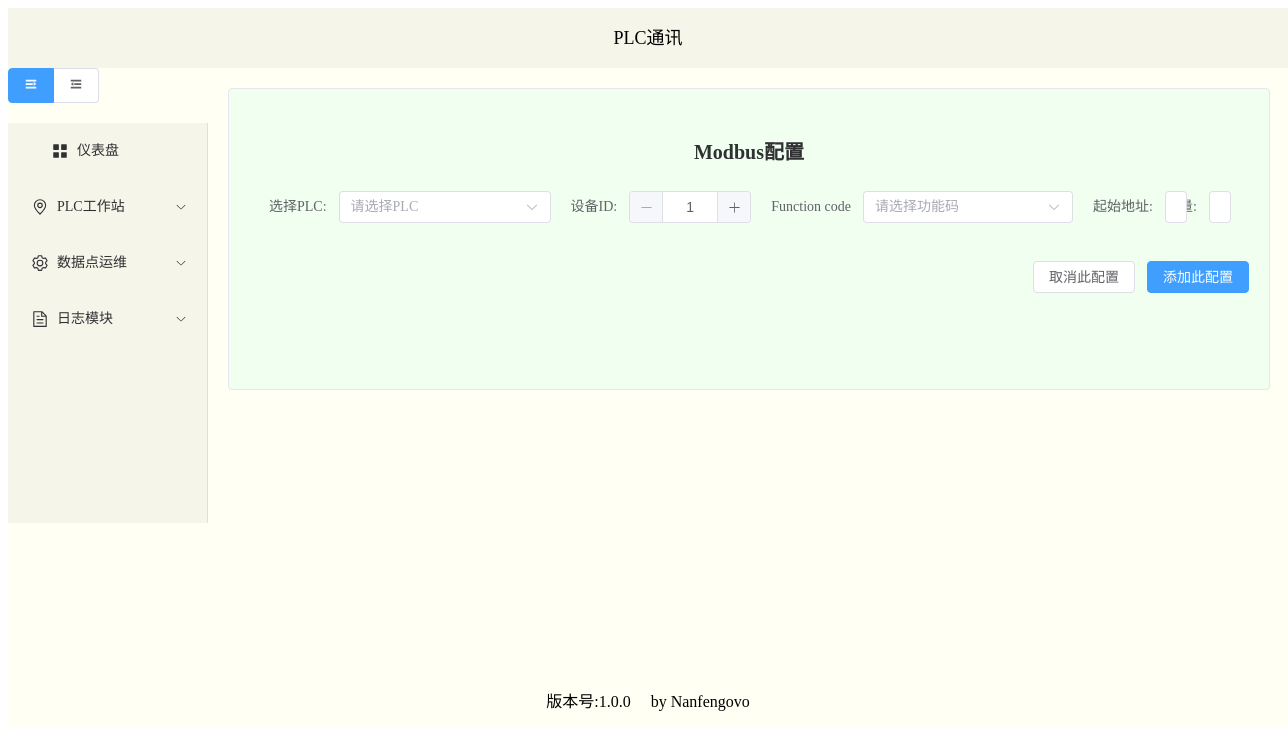
Repository: nanfengovo/HelperWorkStation
Page: /#/frameWork/DataPointOperations/Modbus (app in HelperWorkStation/plchelper-ui/)
An editor plug-in stored every save of this project. The page is shown before and after the next save, followed by the edit.
The browser window is 1280 px wide. The page is 1288 px wide, so the pictures cover 1288 px, including what lies to the right of the window. The pictures show the whole page.
The page's requests for data from a server got no answer. The project was rebuilt for these pictures with package versions that can differ from the ones it lists, and the page was loaded fresh each time. No one was signed in, and anything a server would have sent is missing. Also part of the build but not shown: HelperWorkStation/plchelper-ui/vite.config.ts, HelperWorkStation/plchelper-ui/src/views/Login/index.vue.

Above is the page before, as saved 2025-01-30 17:33:13.

After the next save:
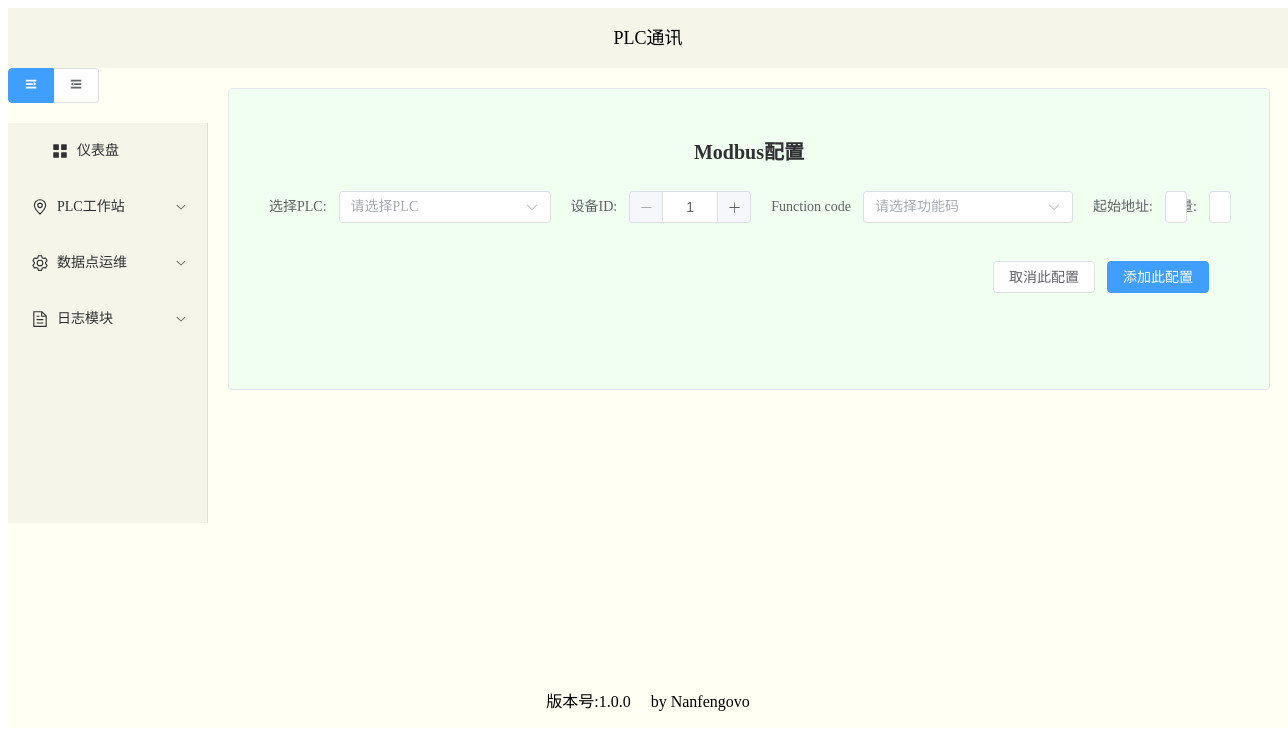
Saved 17 s later.
--- a/HelperWorkStation/plchelper-ui/src/views/FrameWork/layout/DataPointOperations/Modbus/index.vue
+++ b/HelperWorkStation/plchelper-ui/src/views/FrameWork/layout/DataPointOperations/Modbus/index.vue
@@ -98,6 +98,7 @@ onMounted(() => {
 .btn-group{
     display: flex;
     justify-content: right;
+    margin-right: 40px;
     margin-bottom: 20px;
 }
 .function-code>.el-select{
